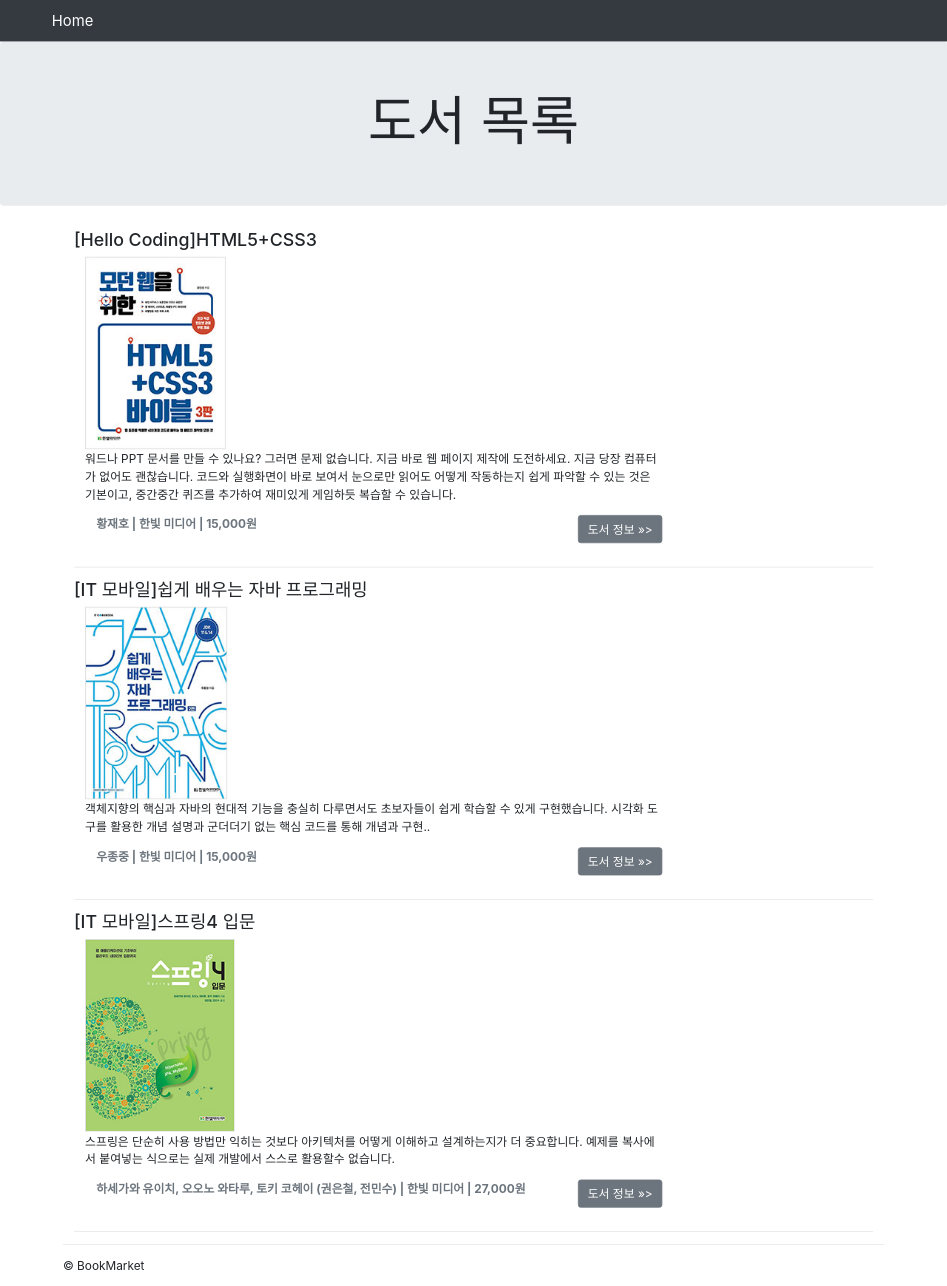
Repository: freedomseok8047/jsp
Page: http://localhost/BookMarket/books.jsp
These files come from the project's save history. The page is drawn as it stood at one moment and after the next save; the edit follows.
The browser window is 1280 px wide. The pictures show the whole page, at 74% of full size.
The page is served by Tomcat 9.

Above is the page before, as saved 2023-08-25 05:40:05.

After the next save:
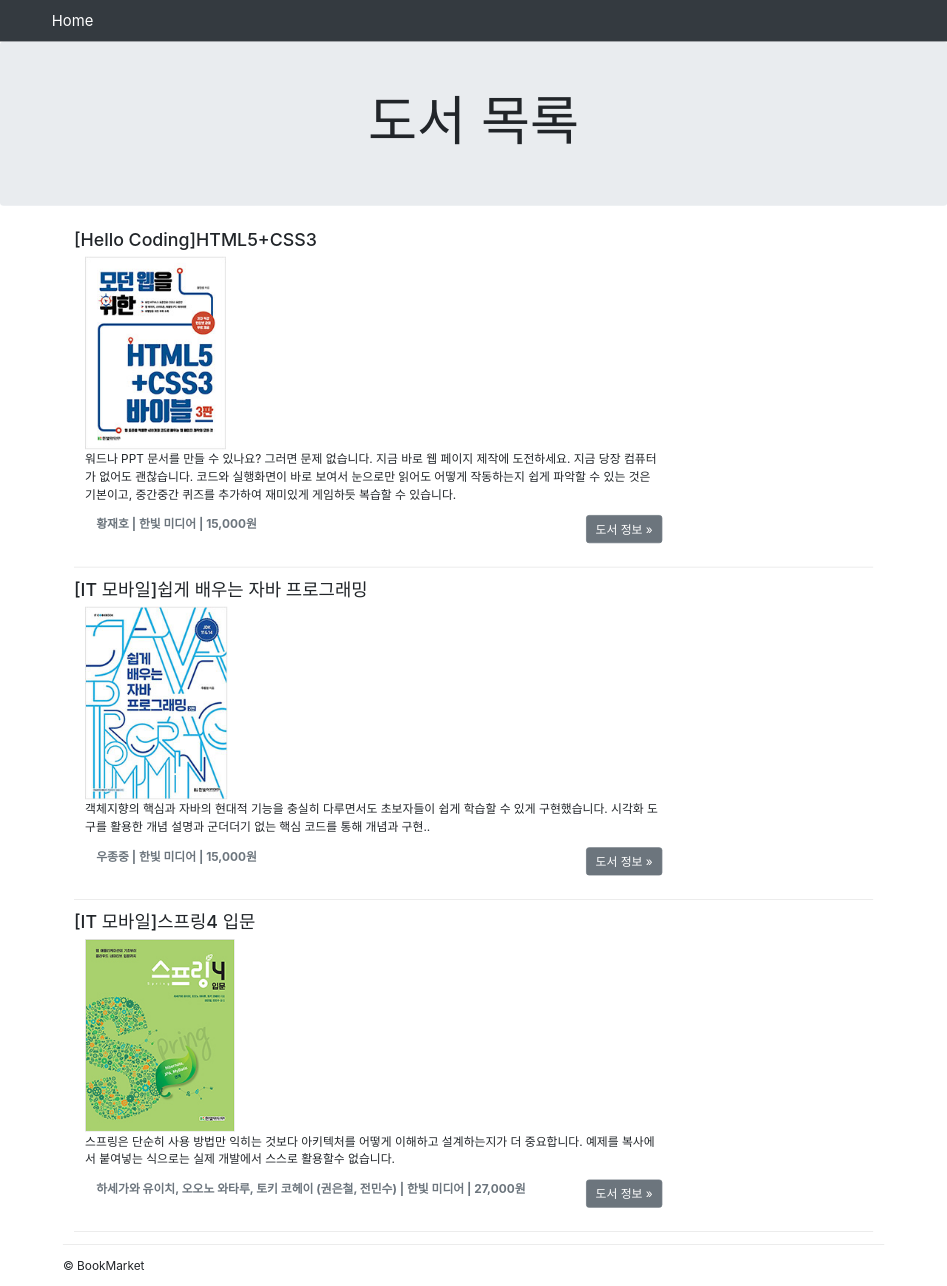
Saved 38 s later.
--- a/BookMarket/src/main/webapp/books.jsp
+++ b/BookMarket/src/main/webapp/books.jsp
@@ -51,7 +51,7 @@
 									<%=format.format(book.getUnitPrice())%>원
 								<p>
 									<a href="./book.jsp?id=<%=book.getBookId()%>"
-										class="btn btn-secondary" role="button">도서 정보 &raquo;></a>
+										class="btn btn-secondary" role="button">도서 정보 &raquo;</a>
 							</div>
 						</div>
 					</div>
